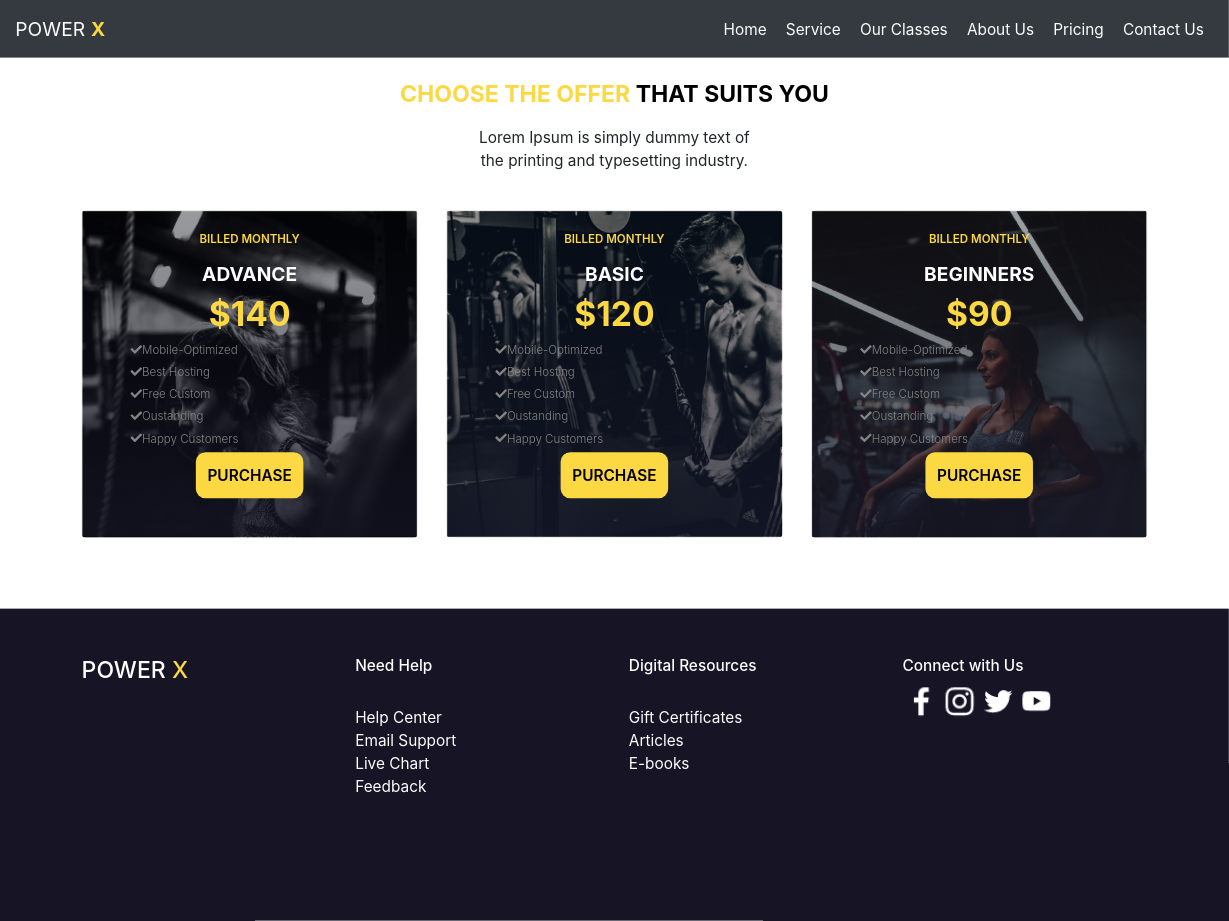
Repository: arif286/power-x-gym
Page: /pricing
The author's editor kept a copy of each file at every save. The page is drawn from the files as they stood at one save, then again after the next save.
The browser window is 1280 px wide. The pictures show the whole page, at 96% of full size.
The project was rebuilt for these pictures with package versions that can differ from the ones it lists, and the page was loaded fresh each time. Also part of the build but not shown: src/components/Classes/Classes.js, src/components/About/About.js, src/components/ChooseUs/ChooseUs.js, src/components/Programs/Programs.css, src/components/Programs/Programs.js, src/components/WorkOut/WorkOut.css, src/components/WorkOut/WorkOut.js, src/components/Home/Home.js.

Above is the page before, as saved 2021-04-08 00:39:11.

### src/index.js
import React from 'react';
import ReactDOM from 'react-dom';
import App from './App';
import "./index.css";
import reportWebVitals from './reportWebVitals';
ReactDOM.render(
  <React.StrictMode>
    <App />
  </React.StrictMode>,
  document.getElementById('root')
);

// If you want to start measuring performance in your app, pass a function
// to log results (for example: reportWebVitals(console.log))
// or send to an analytics endpoint. Learn more: https://bit.ly/CRA-vitals
reportWebVitals();

### src/App.js
import "bootstrap/dist/css/bootstrap.min.css";
import React from 'react';
import { BrowserRouter as Router, Route, Switch } from "react-router-dom";
import Classes from "./components/Classes/Classes";
import Footer from "./components/Footer/Footer";
import Header from './components/Header/Header';
import Home from './components/Home/Home';
import PricingPlan from "./components/PricingPlan/PricingPlan";
function App() {
  return (
    <div>
      <Router>
        <Header />
        <Switch>
          <Route path="/home">
            <Home />
          </Route>
          <Route path="/classes">
            <Classes/>
          </Route>
          <Route path='/pricing'>
            <PricingPlan/>
          </Route>
          <Route exact path="/">
            <Home />
          </Route>
        </Switch>
        <Footer />
      </Router>
    </div>
  );
}

export default App;

### src/components/Footer/Footer.js
import React from "react";
import { Col, Container, Row } from "react-bootstrap";
import { NavLink } from "react-router-dom";
import Facebook from "../../power-x-gym/Image & Icon/bxl-facebook.png";
import Instagram from "../../power-x-gym/Image & Icon/bxl-instagram.png";
import Twitter from "../../power-x-gym/Image & Icon/bxl-twitter.png";
import YouTube from "../../power-x-gym/Image & Icon/bxl-youtube.png";
import "./Footer.css";
const Footer = () => {
  return (
    <footer>
      <Container>
        <Row className="footer-title">
          <Col xs={12} sm={6} md={3} className="pb-5">
            <h4 style={{ color: "white" }}>
              POWER <span style={{ color: "#fcd842" }}>X</span>
            </h4>
          </Col>
          <Col xs={12} sm={6} md={3} className="pb-5">
            <h6>Need Help</h6>
            <ul className="footer-link">
              <li>
                <NavLink className="company-list" to="/">
                  Help Center
                </NavLink>
              </li>
              <li>
                <NavLink className="company-list" to="/">
                  {" "}
                  Email Support
                </NavLink>
              </li>
              <li>
                <NavLink className="company-list" to="/">
                  Live Chart
                </NavLink>
              </li>
              <li>
                <NavLink className="company-list" to="/">
                  Feedback
                </NavLink>
              </li>
            </ul>
          </Col>
          <Col xs={12} sm={6} md={3} className="pb-5">
            <h6>Digital Resources</h6>
            <ul className="footer-link">
              <li>
                <NavLink className="company-list" to="/">
                  Gift Certificates
                </NavLink>
              </li>
              <li>
                <NavLink className="company-list" to="/">
                  Articles
                </NavLink>
              </li>
              <li>
                <NavLink className="company-list" to="/">
                  E-books
                </NavLink>
              </li>
            </ul>
          </Col>
          <Col xs={12} sm={6} md={3} className="pb-5">
            <h6>Connect with Us</h6>
            <div className="social-link">
              <p>
                <a href="/">
                  <img className="social-img" src={Facebook} alt="" />
                </a>
              </p>
              <p className="social-link">
                <a href="/">
                  <img className="social-img" src={Instagram} alt="" />
                </a>
              </p>
              <p>
                <a href="/">
                  <img className="social-img" src={Twitter} alt="" />
                </a>
              </p>
              <p>
                <a href="/">
                  <img className="social-img" src={YouTube} alt="" />
                </a>
              </p>
            </div>
          </Col>
        </Row>
      </Container>
    </footer>
  );
};

export default Footer;

### src/components/Header/Header.js
import React from "react";
import { Nav, Navbar } from "react-bootstrap";
import { NavLink } from "react-router-dom";
import './Header.css';
const Header = () => {
  return (
    <div>
      <Navbar bg="dark" variant="dark" expand="lg">
        <Navbar.Brand href="#home">
          POWER
          <span
            style={{ color: "#FCD842", marginLeft: "6px", fontWeight: 700 }}
          >
            X
          </span>
        </Navbar.Brand>
        <Navbar.Toggle aria-controls="basic-navbar-nav" />
        <Navbar.Collapse id="basic-navbar-nav">
          <Nav className="ml-auto">
            <NavLink className="header-link" to="/home">
              Home
            </NavLink>
            <NavLink className="header-link" to="#features">
              Service
            </NavLink>
            <NavLink className="header-link" to="/classes">
              Our Classes
            </NavLink>
            <NavLink className="header-link" to="/features">
              About Us
            </NavLink>
            <NavLink className="header-link" to="/pricing">
              Pricing
            </NavLink>
            <NavLink className="header-link" to="/pricing">
              Contact Us
            </NavLink>
          </Nav>
        </Navbar.Collapse>
      </Navbar>
      <br />
    </div>
  );
};

export default Header;

### src/components/PricingPlan/PricingPlan.js
import { faCheck } from "@fortawesome/free-solid-svg-icons";
import { FontAwesomeIcon } from "@fortawesome/react-fontawesome";
import React from "react";
import { Card, Col, Container, Row } from "react-bootstrap";
import "./PricingPlan.css";

const check = <FontAwesomeIcon icon={faCheck} />;
const PricingPlan = () => {
  return (
    <Container className="text-center">
      <h4
        style={{
          textTransform: "uppercase",
          fontWeight: 700,
          color: "#fcd842",
          textAlign: "center",
        }}
      >
        choose the offer <span style={{ color: "black" }}>that suits you</span>
      </h4>
      <p
        style={{
          display: "inline-block",
          width: "300px",
          marginTop: "10px",
          marginBottom: "40px",
        }}
      >
        Lorem Ipsum is simply dummy text of the printing and typesetting
        industry.
      </p>
      <Row className="row-cols-1 row-cols-sm-3">
        <Col className="pb-4">
          <Card className="advance-plan price-card">
            <Card.Body>
              <p>billed monthly</p>
              <h6>advance</h6>
              <h6 style={{ color: "#fcd842", fontSize: "35px" }}>$140</h6>
              <ul className="price-plan">
                <li>
                  <span>{check}</span>Mobile-Optimized
                </li>
                <li>
                  <span>{check}</span>Best Hosting
                </li>
                <li>
                  <span>{check}</span>Free Custom
                </li>
                <li>
                  <span>{check}</span>Oustanding
                </li>
                <li>
                  <span>{check}</span>Happy Customers
                </li>
              </ul>
              <button className="purchase-btn">purchase</button>
            </Card.Body>
          </Card>
        </Col>
        <Col className="pb-4">
          <Card className="basic-plan price-card">
            <Card.Body>
              <p>billed monthly</p>
              <h6>basic</h6>
              <h6 style={{ color: "#fcd842", fontSize: "35px" }}>$120</h6>
              <ul className="price-plan">
                <li>
                  <span>{check}</span>Mobile-Optimized
                </li>
                <li>
                  <span>{check}</span>Best Hosting
                </li>
                <li>
                  <span>{check}</span>Free Custom
                </li>
                <li>
                  <span>{check}</span>Oustanding
                </li>
                <li>
                  <span>{check}</span>Happy Customers
                </li>
              </ul>
              <button className="purchase-btn">purchase</button>
            </Card.Body>
          </Card>
        </Col>
        <Col className="pb-4">
          <Card className="beginner-plan price-card">
            <Card.Body>
              <p>billed monthly</p>
              <h6>beginners</h6>
              <h6 style={{ color: "#fcd842", fontSize: "35px" }}>$90</h6>
              <ul className="price-plan">
                <li>
                  <span>{check}</span>Mobile-Optimized
                </li>
                <li>
                  <span>{check}</span>
                  Best Hosting
                </li>
                <li>
                  <span>{check}</span>Free Custom
                </li>
                <li>
                  <span>{check}</span>Oustanding
                </li>
                <li>
                  <span>{check}</span>Happy Customers
                </li>
              </ul>
              <button className="purchase-btn">purchase</button>
            </Card.Body>
          </Card>
        </Col>
      </Row>
    </Container>
  );
};

export default PricingPlan;

### src/components/Footer/Footer.css
footer {
  background-color: #171426;
  padding-top: 50px;
  padding-bottom: 80px;
  margin-top: 50px;
}
.footer-link {
  list-style: none;
  display: inline;
}
.company-list {
  text-decoration: none;
  color: white;
}
.company-list:hover {
  color: hotpink;
  text-decoration: none;
}
.social-link {
  display: flex;
}

.social-img {
  width: 30px;
  height: 30px;
  object-fit: contain;
}

.social-link p {
  padding: 5px;
  display: inline;
}

.social-link p a img:hover {
  background-color: #257cc3;
}
.footer-title h6 {
  color: white;
}

### src/components/Header/Header.css
.header-link {
  text-decoration: none !important;
  color: white;
  padding: 10px;
}
.header-link:hover {
  color: gray;
}

### src/components/PricingPlan/PricingPlan.css
.advance-plan {
  background-image: linear-gradient(#0708115e, #151626c4),
    url("../../power-x-gym/Image & Icon/hipcravo-5UbIqV58CW8-unsplash.jpg");
  background-repeat: no-repeat;
  background-size: cover;
}
.basic-plan {
  background-image: linear-gradient(#0708115e, #151626c4),
    url("../../power-x-gym/Image & Icon/daniel-apodaca-WdoQio6HPVA-unsplash.jpg");
  background-repeat: no-repeat;
  background-size: cover;
}
.beginner-plan {
  background-image: linear-gradient(#0708115e, #151626c4),
    url("../../power-x-gym/Image & Icon/penguinuhh-8VI6WwEEEHw-unsplash.jpg");
  background-repeat: no-repeat;
  background-size: cover;
}
.price-card {
  text-align: center;
}
.price-card p {
  color: #fcd842;
  text-transform: uppercase;
  font-size: 12px;
  font-weight: 600;
}

.price-card h6 {
  color: white;
  text-transform: uppercase;
  font-weight: 700;
  font-size: 20px;
}
.price-plan {
  list-style: none;
  margin-bottom: 25px;
  text-align: center;
  display: contents;
}
.price-plan li {
  color: #868484;
  font-size: 12px;
  font-weight: 300;
  padding-bottom: 5px;
  display: flex;
  margin-left: 30px;
  align-items: center;
}
.purchase-btn {
  outline: none;
  padding: 12px;
  box-sizing: border-box;
  display: block;
  text-align: center;
  border: none;
  background-color: #fcd842;
  border-radius: 10px;
  text-transform: uppercase;
  font-weight: 600;

  margin: auto;
  margin-bottom: 20px;
}

Loaded but not shown: public/index.html (common file); src/index.css (common file); src/reportWebVitals.js (common file)

After the next save:
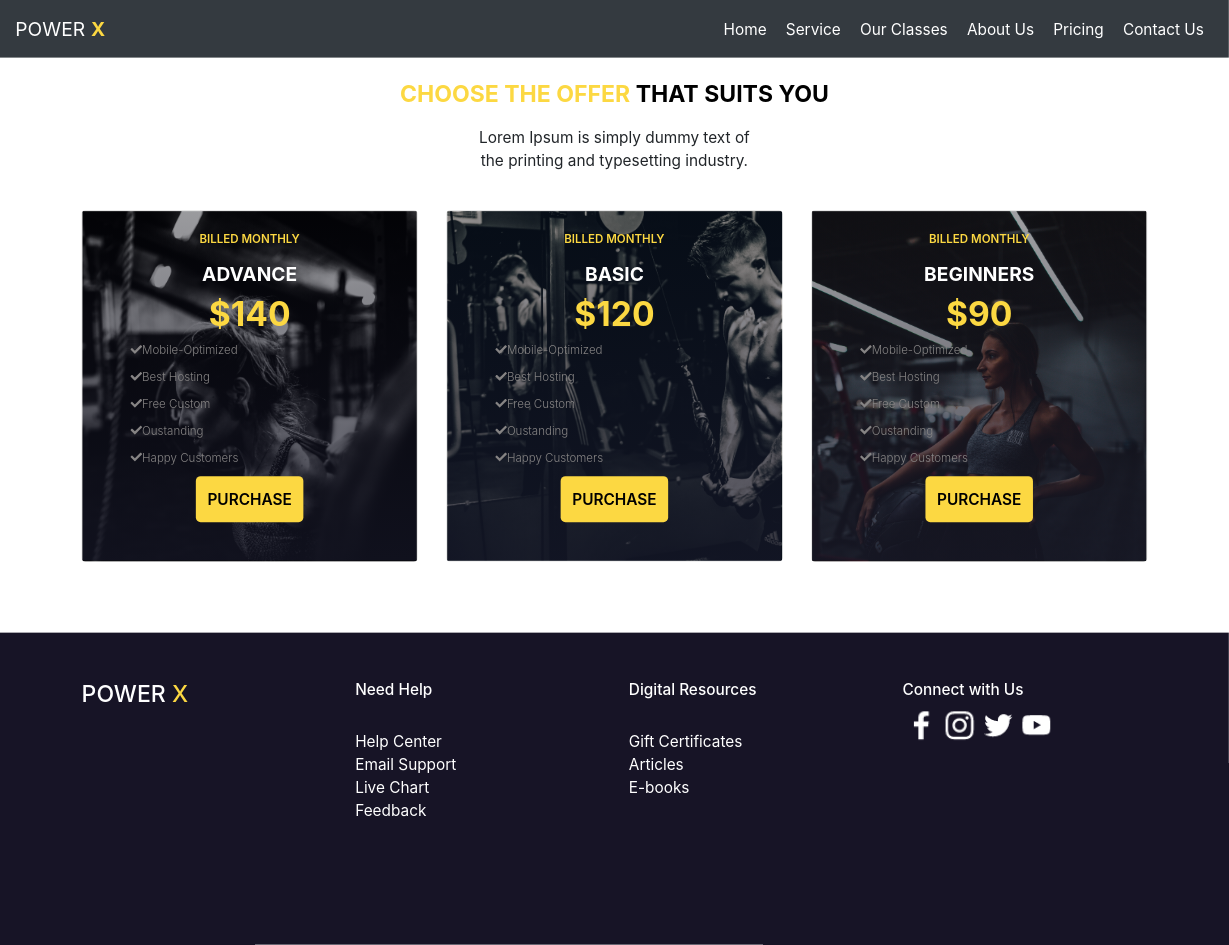
Saved 14 s later.
--- a/src/components/PricingPlan/PricingPlan.css
+++ b/src/components/PricingPlan/PricingPlan.css
@@ -42,7 +42,7 @@
   color: #868484;
   font-size: 12px;
   font-weight: 300;
-  padding-bottom: 5px;
+  padding-bottom: 10px;
   display: flex;
   margin-left: 30px;
   align-items: center;
@@ -55,7 +55,7 @@
   text-align: center;
   border: none;
   background-color: #fcd842;
-  border-radius: 10px;
+  border-radius: 5px;
   text-transform: uppercase;
   font-weight: 600;
 
